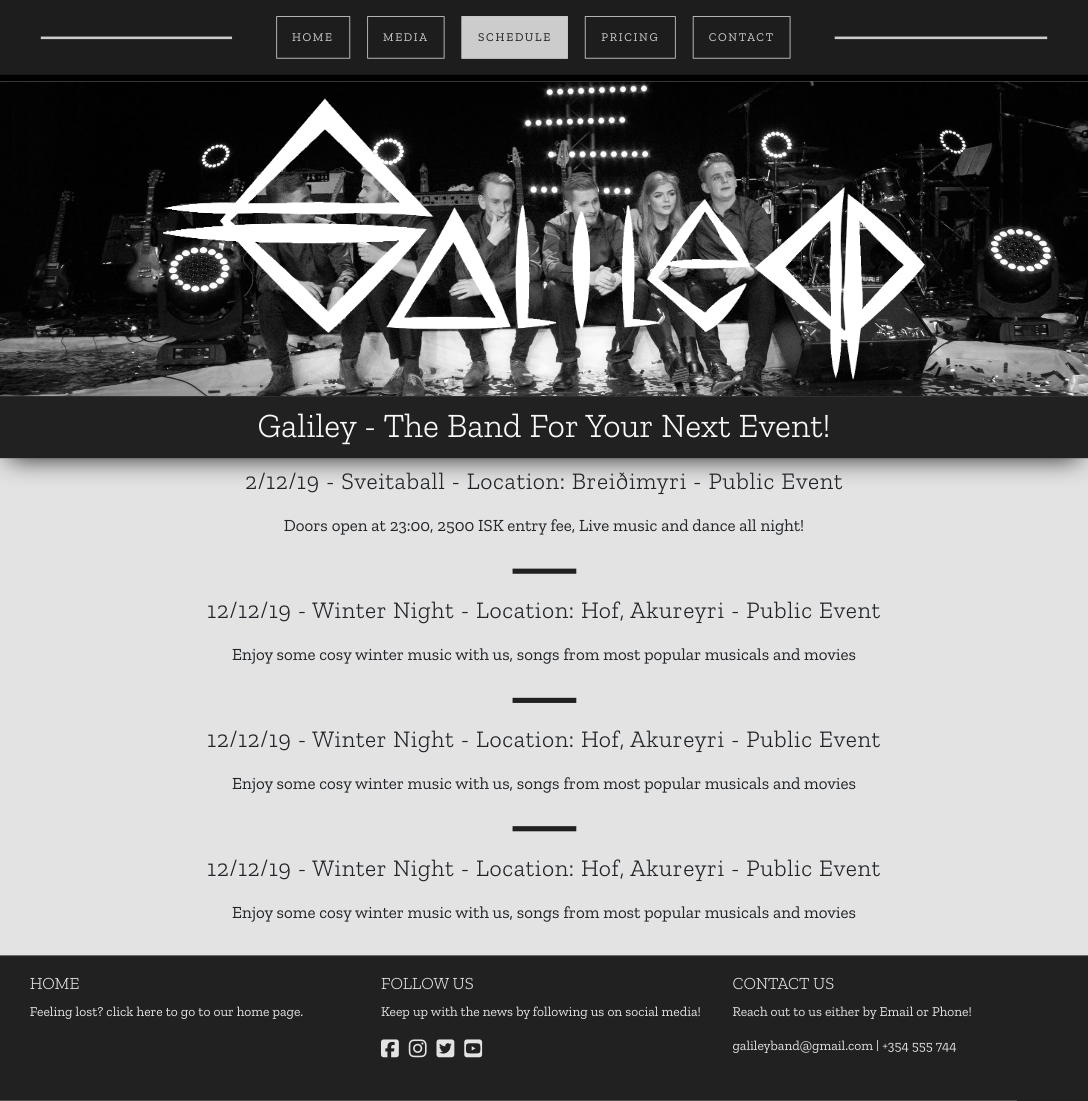
Repository: HeimirDavid/Galiley-Website
Page: schedule.html
The author's editor kept a record of every edit. The page is drawn from the files as they stood at one moment, then again after the next edit.
The browser window is 1280 px wide. The pictures show the whole page, at 85% of full size.
Some web libraries are served in a nearby version.

Above is the page before.

### schedule.html
<!DOCTYPE html>
<html lang="en">

<head>
    <meta charset="UTF-8">
    <meta name="viewport" content="width=device-width, initial-scale=1.0">
    <meta http-equiv="X-UA-Compatible" content="ie=edge">

    <link rel="stylesheet" href="https://stackpath.bootstrapcdn.com/bootstrap/4.3.1/css/bootstrap.min.css" integrity="sha384-ggOyR0iXCbMQv3Xipma34MD+dH/1fQ784/j6cY/iJTQUOhcWr7x9JvoRxT2MZw1T" crossorigin="anonymous">
    <link rel="stylesheet" href="https://cdnjs.cloudflare.com/ajax/libs/hover.css/2.3.1/css/hover-min.css" type="text/css" />
    <link rel="stylesheet" href="assets/css/style.css" type="text/css" />

    <script src="https://code.jquery.com/jquery-3.3.1.slim.min.js" integrity="sha384-q8i/X+965DzO0rT7abK41JStQIAqVgRVzpbzo5smXKp4YfRvH+8abtTE1Pi6jizo" crossorigin="anonymous"></script>
    <script src="https://cdnjs.cloudflare.com/ajax/libs/popper.js/1.14.7/umd/popper.min.js" integrity="sha384-UO2eT0CpHqdSJQ6hJty5KVphtPhzWj9WO1clHTMGa3JDZwrnQq4sF86dIHNDz0W1" crossorigin="anonymous"></script>
    <script src="https://stackpath.bootstrapcdn.com/bootstrap/4.3.1/js/bootstrap.min.js" integrity="sha384-JjSmVgyd0p3pXB1rRibZUAYoIIy6OrQ6VrjIEaFf/nJGzIxFDsf4x0xIM+B07jRM" crossorigin="anonymous"></script>
    <script src="https://kit.fontawesome.com/2ea8c5e5d2.js" crossorigin="anonymous"></script>

    <title>Galiley</title>
</head>

<body>
    <header>
        <!------ Header Navigation Menu, Mainly written with bootstrap  ------>
        <div class="row no-gutters">
            <div class="col black-container">
                <nav class="navbar fixed-top navbar-expand-md navbar-dark bg-dark" id="navbar-black-color">
                    <!-- Navbar position with help of this  -->
                    <a class="navbar-brand" href="index.html">Galiley - Home</a>
                    <!-- tutorial: https://www.youtube.com/watch?v=NzjU1GmKosQ&t=90s  -->
                    <button class="navbar-toggler" type="button" data-toggle="collapse" data-target="#navbarSupportedContent" aria-controls="navbarSupportedContent" aria-expanded="false" aria-label="Toggle navigation">
                    <span class="navbar-toggler-icon"></span></button>
                    <div class="collapse navbar-collapse" id="navbarSupportedContent">
                        <ul class="navbar-nav m-auto">
                            <li class="nav-item menuitem">
                                <a class="nav-link" href="index.html"><span>Home</span></a>
                            </li>
                            <li class="nav-item menuitem">
                                <a class="nav-link" href="media.html"><span>Media</span></a>
                            </li>
                            <li class="nav-item menuitem active-item">
                                <a class="nav-link" href="schedule.html"><span>Schedule</span></a>
                            </li>
                            <li class="nav-item menuitem">
                                <a class="nav-link" href="pricing.html"><span>Pricing</span></a>
                            </li>
                            <li class="nav-item menuitem">
                                <a class="nav-link" href="contact.html"><span>Contact</span></a>
                            </li>
                        </ul>
                    </div>
                </nav>
            </div>
        </div>

        <!------ Header Logo Image ------>
        <div class="logo-container">
            <div class="row no-gutters">
                <div class="col header-background-img">
                    <a href="#">
                    <img class="logo-white" src="assets/images/galiley_vit.png">
                </a>
                </div>
            </div>
        </div>

        <!------ Header Text  ------>
        <div class="row no-gutters">
            <div class="col h1-heading">
                <h1>Galiley - The Band For Your Next Event!</h1>
            </div>
        </div>
    </header>

    <section class="container">
        <div class="row">
            <div class="col text-center">
                <h3 class="header-h3">2/12/19 - Sveitaball - Location: Breiðimyri - Public Event</h3>
                <p class="p-text">
                    Doors open at 23:00, 2500 ISK entry fee, Live music and dance all night!
                </p>
                <hr class="block-devider">
                <h3 class="header-h3">12/12/19 - Winter Night - Location: Hof, Akureyri - Public Event</h3>
                <p class="p-text">
                    Enjoy some cosy winter music with us, songs from most popular musicals and movies
                </p>
                <hr class="block-devider">
                <h3 class="header-h3">12/12/19 - Winter Night - Location: Hof, Akureyri - Public Event</h3>
                <p class="p-text">
                    Enjoy some cosy winter music with us, songs from most popular musicals and movies
                </p>
                <hr class="block-devider">
                <h3 class="header-h3">12/12/19 - Winter Night - Location: Hof, Akureyri - Public Event</h3>
                <p class="p-text">
                    Enjoy some cosy winter music with us, songs from most popular musicals and movies
                </p>
            </div>
        </div>

    </section>
    <!--
    <section class="container-fluid">
        <div class="row">
            <div class="col schedule-col">
                <div class="table-responsive">
                    <table class="table table-hover table-dark">
                        <thead>
                            <tr>
                                <th scope="col">Date</th>
                                <th scope="col">Type</th>
                                <th scope="col">Location</th>
                                <th scope="col">Public/Closed</th>
                            </tr>
                        </thead>
                        <tbody>
                            <tr>
                                <th scope="row">1</th>
                                <td>Mark</td>
                                <td>Otto</td>
                                <td>@mdo</td>
                            </tr>
                            <tr>
                                <th scope="row">2</th>
                                <td>Jacob</td>
                                <td>Thornton</td>
                                <td>@fat</td>
                            </tr>
                            <tr>
                                <th scope="row">3</th>
                                <td colspan="2">Larry the Bird</td>
                                <td>@twitter</td>
                            </tr>
                        </tbody>
                    </table>
                </div>
            </div>
        </div>
    </section>
    -->

    <footer>
        <!------ Footer section, Mainly structured and written with the help from CI tutorials from the Resume-Project.
                             Since i liked the design and strucure and felt that it fits well within this project. ------>
        <div class="container-fluid">
            <div class="row" id="footer-details">
                <div class="col-sm-4">
                    <h5 class="uppercase footer-heading">
                        <a href="index.html" class="footer-links">Home</a>
                    </h5>
                    <p class="inline-block">Feeling lost? click here to go to our home page.</p>
                </div>

                <div class="col-sm-4">
                    <h5 class="uppercase footer-heading">Follow Us</h5>
                    <p class="inline-block">Keep up with the news by following us on social media!</p>
                    <ul class="list-inline social-media-links">
                        <li class="list-inline-item">
                            <a class="footer-links" target="_blank" href="https://www.facebook.com/GalileyBand/">
                                <i class="fab fa-facebook-square"></i>
                                <span class="sr-only">Facebook</span>
                            </a>
                        </li>
                        <li class="list-inline-item">
                            <a class="footer-links" target="_blank" href="#">
                                <i class="fab fa-instagram"></i>
                                <span class="sr-only">Instagram</span>
                            </a>
                        </li>
                        <li class="list-inline-item">
                            <a class="footer-links" target="_blank" href="#">
                                <i class="fab fa-twitter-square"></i>
                                <span class="sr-only">Twitter</span>
                            </a>
                        </li>
                        <li class="list-inline-item">
                            <a class="footer-links" target="_blank" href="#">
                                <i class="fab fa-youtube-square"></i>
                                <span class="sr-only">Youtube</span>
                            </a>
                        </li>
                    </ul>
                </div>

                <div class="col-sm-4">
                    <h5 class="uppercase footer-heading">Contact Us</h5>
                    <p class="inline-block">Reach out to us either by Email or Phone!</p>
                    <p>galileyband@gmail.com | +354 555 744</p>
                </div>
            </div>
        </div>
    </footer>
</body>

</html>

### assets/css/style.css
@import url('https://fonts.googleapis.com/css?family=Zilla+Slab:300,400,500,600,700&display=swap');

html {
    scroll-behavior: smooth;
}

body {
    font-family: 'Zilla Slab', serif;
    background-color: #e3e3e3;
    overflow-x: hidden;
}

/*--------------------------------- Colour */

.green-color {
    background-color: #35af7e;
}

.grey-color {
    background-color: #c5c5c5;
}

.grey-blue {
    background-color: #76809a;
}
/*------------------------------- Special padding/margins/text */

h1, h2, h3, h4, h5 {
    margin: 0;
}

.uppercase {
    text-transform: uppercase;
}

.inline-block {
    display: inline-block;
}

.block-devider {
    width: 75px;
    height: 5px;
    background-color: #212121;
}

.block-devider-white {
    width: 75px;
    height: 5px;
    background-color: #e3e3e3;
}

.container-fluid {
    padding: 0;
}

.row {
    margin-right: 0;
    margin-left: 0;
}

/*--------------------------------- General and shares styles/items */

.text-center {
    text-align: center;
}

.item-center {
    item-align: center;
}

.gotop-col {
    padding: 20px;
}

.gotopbtn {
    text-align: center;
    text-decoration: none;
    color: #212121;
    font-size: 1.5em;
    margin: 20px 20px;
    transition: ease-in-out 0.3s;
    -moz-transition: ease-in-out 0.3s;
    -webkit-transition: ease-in-out 0.3s;
    -o-transition: ease-in-out 0.3s;
}

.gotopbtn:hover {
    color: #a5a5a5;
    text-decoration: none;
}

.btn-book {
    font-size: 24px;
    border-radius: 2px;
    background-color: rgba(33, 33, 33, 0.5);
    border-color: rgba(33, 33, 33, 0)
}

/*--------------------------------- Headings text styles */

.header-h2 {
    font-weight: 500;
    padding: 10px 10px 20px 10px;
    letter-spacing: 1.5px;
}

.header-h3 {
    font-weight: 300;
    letter-spacing: 0.7px;
    padding: 10px;
}

.header-h4 {
    font-weight: 400;
    letter-spacing: 0.8px;
    font-size: 28px;
    padding: 10px;
}

.header-h5 {
    font-weight: 400;
    font-size: 24px;
    letter-spacing: 0.8px;
    padding: 10px;
}

/*--------------------------------- Navbar/Menu */

.navbar {
    opacity: 0.9;
    text-align: center;
    padding-bottom: 1.2em;
}

.menuitem {
    height: 50px;
    text-align: center;
    padding-left: 10px;
    padding-right: 10px;
    margin: 0px 10px 0px 10px;
    border: 1px solid #e3e3e3;
    transition: ease-in-out 0.3s;
    -moz-transition: ease-in-out 0.3s;
    -webkit-transition: ease-in-out 0.3s;
    -o-transition: ease-in-out 0.3s;
}

.menuitem a {
    width: 100%;
    text-decoration: none;
    color: #e3e3e3;
}

.menuitem a i {
    padding-top: 22px;
    display: block;
    color: #e3e3e3;
    font-size: 26px;
}

.menuitem span {
    display: block;
    width: 100%;
    padding-top: 5px;
    text-align: center;
    text-transform: uppercase;
    font-size: 14px;
    font-weight: 400;
    letter-spacing: 2px;
    transition: ease-in-out 0.3s;
    -moz-transition: ease-in-out 0.3s;
    -webkit-transition: ease-in-out 0.3s;
    -o-transition: ease-in-out 0.3s;
    color: #e3e3e3;

}

.menuitem:hover {
    background-color: #e3e3e3;
}

.menuitem:hover.menuitem span {
    color: #212121;
}

.navbar::before,     /* Before and After used from inspiration of this tutorial: https://www.youtube.com/watch?v=zGiirUiWslI   */
.navbar::after {
    content: "";
    margin-left: 2em;
    margin-right: 2em;
    width: 18%;
    height: 0.2em;
    background-color: #e3e3e3;
}

.navbar-nav .active-item span {
    color: #212121;
}

.navbar-nav .active-item {
    background-color: #e3e3e3;
}

.navbar::after {
    width: 20%;
}

.fixed-top {
    padding-top: 1.2em;
}

.navbar-brand {
    display: none;
}

#navbar-black-color {
    background-color: #212121!important;
}




/*--------------------------------- Header */

.black-container {
    position: relative;
    top: 0;
    left: 0;
    width: 100%;
    height:6em;
    background-color: #000;
}

.h1-heading {
    color: #fafafa;
    padding: 10px 0px 15px 0px;
    text-align: center;
    background-color: #212121;
    box-shadow: 0px 10px 30px -10px #212121;
}

.h1-heading h1 {
    font-weight: 300;
}

.header-background-img {
    display: block;
    background-image: url("../images/galiley_diddi.jpg");
    padding: 20px;
    background-size: cover;
}

/*
.logo-container {
    margin-top: 7%;
}
*/

.logo-white {
    opacity: 1.9;
    display: block;
    margin-left: auto;
    margin-right: auto;
    width: 70%;
}

/*--------------------------------- Footer */

footer {
    background-color: #212121;
    color: #e3e3e3;
    min-height: 100px;
    margin: 0;
}

.footer-heading {
    font-weight: 300;
    text-decoration: none;
    margin-bottom: 10px;
}

.footer-heading a {
    transition: ease-in-out 0.3s;
    -moz-transition: ease-in-out 0.3s;
    -webkit-transition: ease-in-out 0.3s;
    -o-transition: ease-in-out 0.3s;
}

.footer-heading a:hover {
    color: #a5a5a5;
    text-decoration: none;
}

.footer-links {
    color: #e3e3e3;
}

.social-media-links {
    padding-bottom: 10px;
}

.social-media-links li a i {
    font-size: x-large;
    padding: 10px 0px;
    line-height: 10px;
    transition: ease-in-out 0.3s;
    -moz-transition: ease-in-out 0.3s;
    -webkit-transition: ease-in-out 0.3s;
    -o-transition: ease-in-out 0.3s;
}

.social-media-links li a i:hover {
    color: #35af7e;
}

#footer-details {
    padding: 20px;
}

/*--------------------------------- About - Section / What we offer - Section */

.about-offer-row {
    padding: 20px 0px;
}

.p-text {
    font-size: 20px;
    padding: 10px 10px 20px 10px;
}

.about-row {
    padding: 60px 10px 20px 10px;
}

.offer-card {
    background-color: #212121;
    color: #e3e3e3;
    padding: 20px;
    margin-bottom: 45px;
    box-shadow: 3px 3px 15px 0px #000;
    opacity: 0.9;
}

/*--------------------------------- Reviews - section */

.review-header {
    background-color: #212121;
    color: #fafafa;
    padding: 10px 0px 15px 0px;
    text-align: center;
    box-shadow: 0px 1px 10px 1px #212121;
}

.review-header h2 {
    font-weight: 300;
}

.review-cards {
    background-color: #212121;
    color: #e3e3e3;
    opacity: 0.9;
    max-width: 250px;
    padding: 20px;
    margin: 30px;
    margin-right: auto;
    margin-left: auto;
    text-align: center;
    border-radius: 10px;
    box-shadow: 5px 5px 15px 0px #212121;
}

.cards-header {
    font-weight: 300;
    letter-spacing: 0.8px;
    margin-bottom: 15px;
}

.review-p {
    font-size: 18px;
    font-weight: 200;
    letter-spacing: 0.8px;
}

/*--------------------------------- Setlist Section / Video Section */

.spotify-header-row {
    background-color: #35af7e;
}

.media-header {
    padding: 20px;
    font-weight: 300;
    font-size: 38px;
}

.spotify-row {
    margin-bottom: 40px;
}

.setlist-header-col {
    color: #000;
    padding: 30px;
}

.media-h4 {
    font-weight: 300;
    font-size: 30px;
    padding: 10px;
}

.media-p {
    font-size: 22px;
    font-weight: 300;
}

.spotify-col {
    color: #e3e3e3;
    background-color: rgba(0, 0, 0, 0.5);
    margin: auto;
    margin-top: 20px;
    padding: 20px 10px 0px 10px;
    max-width: 300px;
    border-radius: 12px;
    border-radius: 10px;
    box-shadow: 5px 5px 15px 0px #212121;
}

.spotify-col::before {
    content: "";
    top: 0;
    left: 0;
    background-color: #212121;
    height: 100px;
    width: 1em;
}

.spotify-player {
    opacity: .96;
}

.video-header-col {
    background-color: #212121;
    color: #e3e3e3;
    padding: 20px 0px;
    box-shadow: 0px 10px 30px -10px #212121;
}

.youtube-col {
    padding: 10px;
}

.youtube-container {  /*   Code copied to make youtube player responsive. Source: https://avexdesigns.com/responsive-youtube-embed/    */
position: relative;
padding-bottom: 56.25%;
padding-top: 30px; height: 0; overflow: hidden;
}

.youtube-container iframe,
.youtube-container object,
.youtube-container embed {
position: absolute;
top: 0;
left: 0;
width: 100%;
height: 100%;
}

/*--------------------------------- Pricing */

.pricing-col {
    padding-top: 30px;
    height: 100%;
    background-color: #4b4b4b;
    color: #e3e3e3;
}

.package-header-row {
    padding-top: 30px;
    color: #e3e3e3;
}

.package-row {
    padding-top: 30px;
    color: #e3e3e3;
}

.package-cards {
    box-shadow: 1px 1px 1px 1px #cacaca;
    padding: 20px 10px;
    margin-top: 15px;
    margin-bottom: 15px;
}

.package-cards ul {
    list-style: none;
    padding:0;
}

.package-cards ul li {
        margin: 10px 0px;
}

/*--------------------------------- Contact Page */

.header-h5-contact {
    font-weight: 600;
    font-size: 24px;
    letter-spacing: 0.8px;
    padding: 10px;
}

.contact-form {
    max-width: 80%;
    margin: 30px auto 10px auto;
}

.contact-col {
    margin-top: 20px;
}

.form-control {
    border-radius: 2px;
    background-color: #dcdfe2;
}

.btn-contact {
    color: #e3e3e3;
    background-color: #212121;
    font-size: 20px;
    padding: 12px;
    border-radius: 2px;
    margin: 20px;
    transition: ease-in-out 0.3s;
    -moz-transition: ease-in-out 0.3s;
    -webkit-transition: ease-in-out 0.3s;
    -o-transition: ease-in-out 0.3s;
}

.btn-contact:hover {
    background-color: #35af7e;
}

/*--------------------------------- Schedule Page */

.schedule-row {
    margin: 20px;
}

.schedule-header {
    font-weight: 500;
    font-size: 32px;
}

/*--------------------------------- Media Queries */

@media (max-width: 767px) {

    .navbar::before,
    .navbar::after {
        display: none;
    }

    .navbar-brand {
        display: block;
    }

    .fixed-top {
        padding: 1em;
    }

    .reviews-container {
        background-color: #e3e3e3;
    }

    .reviews-container {
        background: #e3e3e3;
    }

    .package-row,
    .package-row .package-header-row
    {
        background-color: #e3e3e3;
        color: #212121;
    }
}

@media (min-width: 767px) {

    /* Images use and fixed image website layout inspiried by this tutorial: https://www.youtube.com/watch?v=PWoOpJtkyjI */
    #about-image { /* Image from unsplash taken by Luca Baggio */
        background-image: url("../images/about-background.jpg");
        background-attachment: fixed;
        background-size: cover;
        height: 120vh;
        width: 100%;
    }

    #spotify-background-img {
        background-image: url("../images/spotify-background-img.jpg");
        background-attachment: fixed;
        background-size: cover;
        height: 120vh;
        width: 100%;
    }

    #offer-image {
        background-image: url("../images/galiley-offer.jpg");
        background-attachment: scroll;
        background-size: cover;
        height: 100%;
        width: 100%;
        box-shadow: 0px -3px 7px 0px;
    }

    #packages-img {
        background-image: url("../images/packages-img.jpg");
        background-attachment: scroll;
        background-size: cover;
        height: 100%;
        width: 100%;
    }

    /*
    .green-black-img {
        background-image: url("../images/setlist-background.png");
        background-attachment: fixed;
        background-size: cover;
        box-shadow: 0px -3px 7px 0px;
    }
    */

    .about-offer-row {
    padding: 60px 10px 20px 10px;
    }

    .youtube-row {
        padding-top: 50px;
    }

    .youtube-col {
        padding: 10px 100px;
    }
}

@media (min-width: 767px) and (max-width: 1000px) {
    #about-image {
        background-image: url("../images/about-background.jpg");
        background-attachment: fixed;
        background-size: cover;
        height: 200vh;
        width: 100%;
    }

        #spotify-background-img {
        background-image: url("../images/spotify-background-img.jpg");
        background-attachment: fixed;
        background-size: cover;
        height: 250vh;
        width: 100%;
    }
}

@media (max-width: 576px) {
    /* To get rid of padding and margin to link up "Offer section" and "reviews section" in mobile view */
    .about-offer-row {
    padding-top: 20px;
    }

    .offer-card {
        margin: 0;
    }
}

After the next edit:
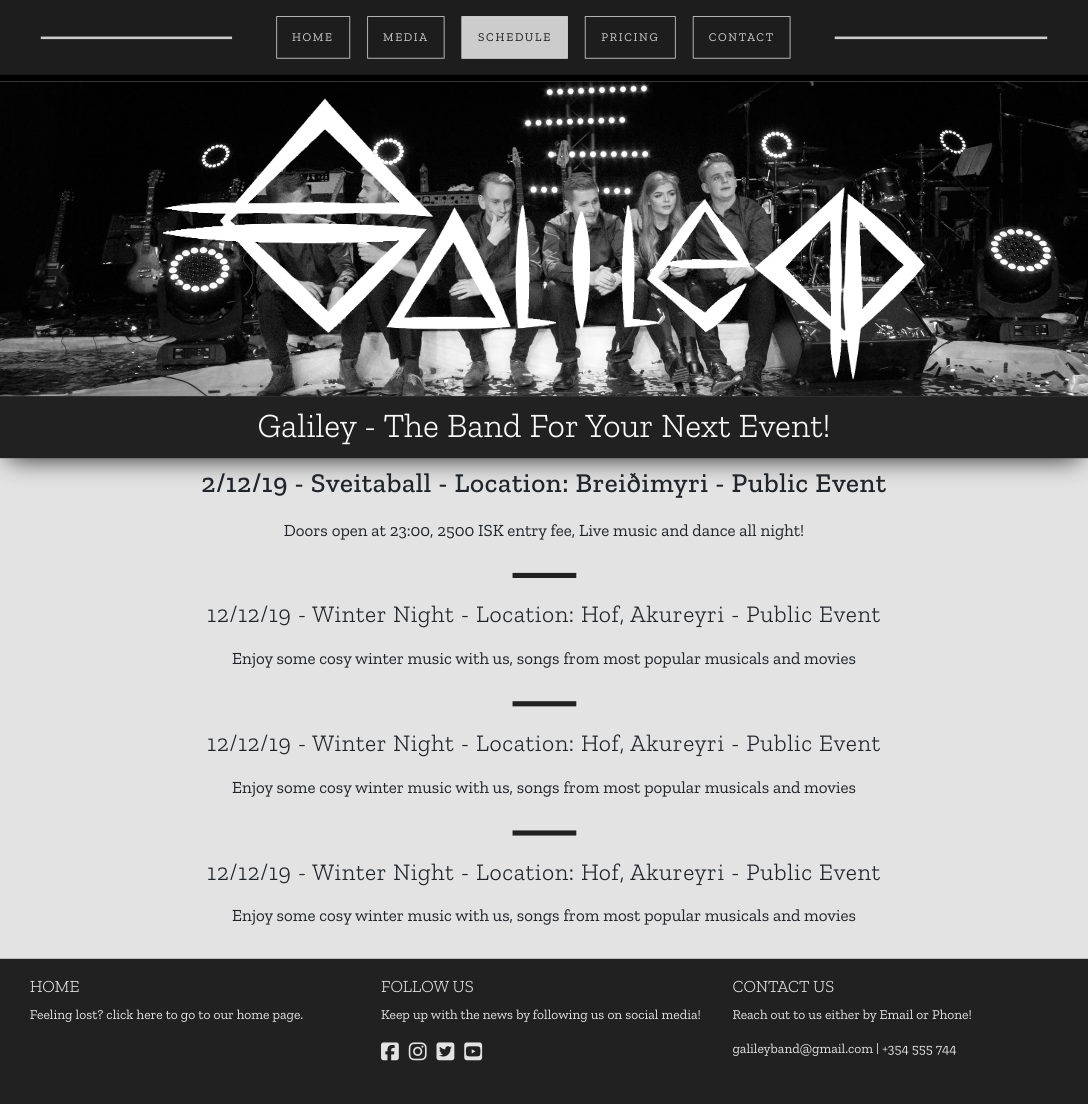
The edit:
--- a/schedule.html
+++ b/schedule.html
@@ -74,7 +74,7 @@
     <section class="container">
         <div class="row">
             <div class="col text-center">
-                <h3 class="header-h3">2/12/19 - Sveitaball - Location: Breiðimyri - Public Event</h3>
+                <h3 class="header-h3 schedule-header">2/12/19 - Sveitaball - Location: Breiðimyri - Public Event</h3>
                 <p class="p-text">
                     Doors open at 23:00, 2500 ISK entry fee, Live music and dance all night!
                 </p>
